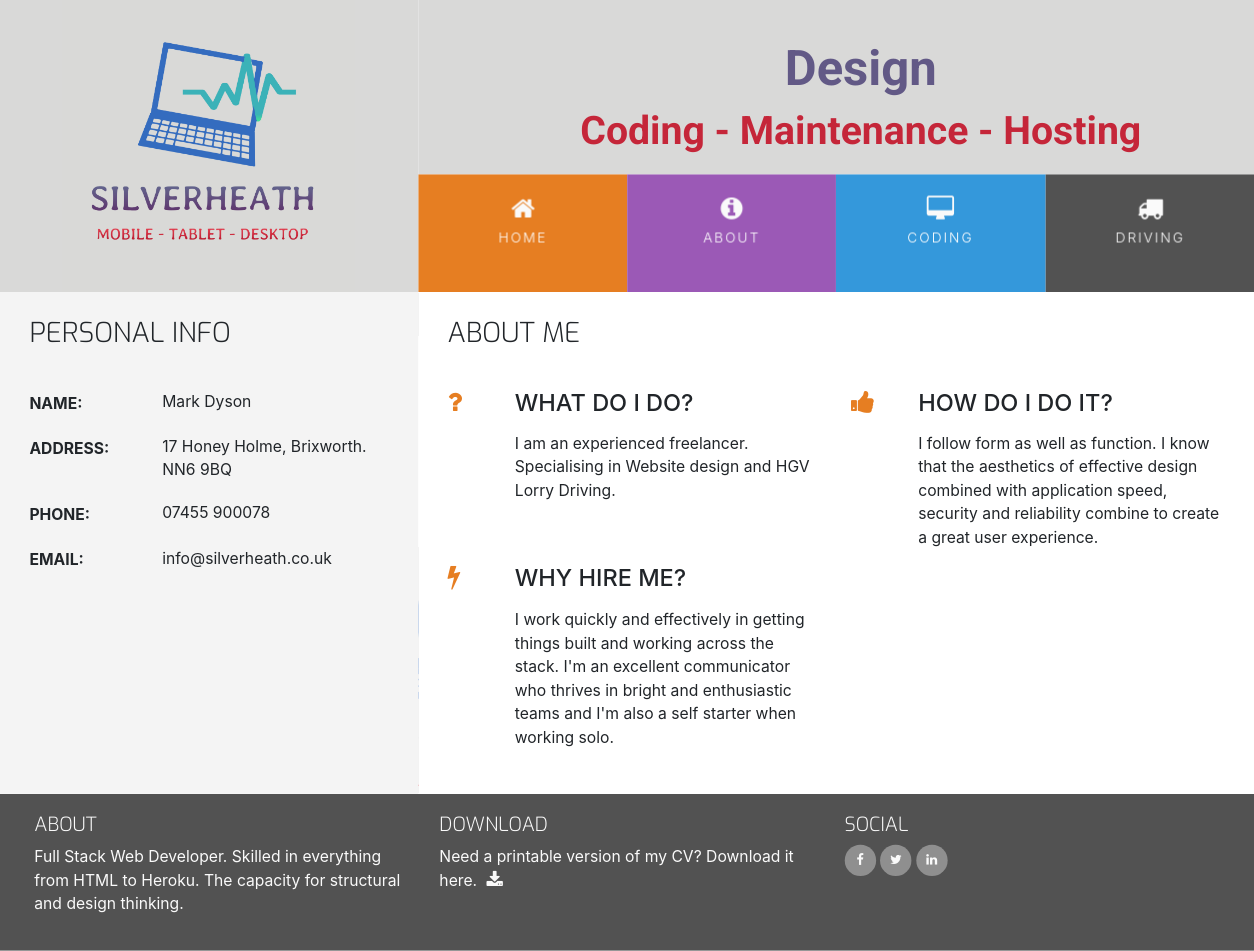
Repository: Code-Institute-Submissions/silverheath
Page: index.html
The author's editor kept a record of every edit. The page is drawn from the files as they stood at one moment, then again after the next edit.
The browser window is 1280 px wide. The pictures show the whole page, at 98% of full size.
Some web libraries are served in a nearby version.

Above is the page before.

### index.html
<!DOCTYPE html>
<html lang="en">

<head>
    <meta charset="UTF-8">
    <meta name="viewport" content="width=device-width, initial-scale=1.0">
    <meta http-equiv="X-UA-Compatible" content="ie=edge">
    <link rel="stylesheet" href="https://maxcdn.bootstrapcdn.com/bootstrap/4.2.1/css/bootstrap.min.css" type="text/css" />
    <link rel="stylesheet" href="https://maxcdn.bootstrapcdn.com/font-awesome/4.7.0/css/font-awesome.min.css" type="text/css" />
    <link rel="stylesheet" href="https://cdnjs.cloudflare.com/ajax/libs/hover.css/2.1.1/css/hover-min.css" type="text/css" />
    <link rel="stylesheet" href="assets/css/style.css">
    <title>SilverHeath</title>
</head>

<body>
    <header>
        <div class="row no-gutters">
            <a class="col-md-4 logo" href="02-index.html"></a>
            <div class="col-md-8">
                <div class="row no-gutters bg-color-name-title">
                    <div class="col heading">
                        <h1 class="name" <h1 class="name">Design</h1>
                        <h2 class="title">Coding - Maintenance - Hosting</h2>
                    </div>
                </div>
                <div class="row no-gutters">
                    <div class="col">
                        <ul id="nav" class="list-inline menucontainer">
                            <li class="col-6 col-sm-3 list-inline-item ui-menu-color-home menuitem">
                                <a href="index.html" class="hvr-sweep-to-bottom"><i class="fa fa-home" aria-hidden="true"></i><span>Home</span></a>
                            </li>
                            <li class="col-6 col-sm-3 list-inline-item ui-menu-color-about menuitem">
                                <a href="about.html" class="hvr-sweep-to-bottom"><i class="fa fa-info-circle" aria-hidden="true"></i><span>About</span></a>
                            </li>
                            <li class="col-6 col-sm-3 list-inline-item ui-menu-color-contact menuitem">
                                <a href="coding_index.html" class="hvr-sweep-to-bottom"><i class="fa fa-desktop" aria-hidden="true"></i><span>Coding</span></a>
                            </li>
                            <li class="col-6 col-sm-3 list-inline-item ui-menu-color-download menuitem">
                                <a href="assets/cv/cv.pdf" target="_blank" class="hvr-sweep-to-bottom"><i class="fa fa-truck" aria-hidden="true"></i><span>Driving</span></a>
                            </li>
                        </ul>
                    </div>
                </div>
            </div>
        </div>
    </header>
    <section class="container-fluid">
        <div class="row">
            <div class="col-md-4 bg-color-personal-info section-column">
                <div class="row">
                    <div class="col-12">
                        <h3 class="section-heading uppercase">
                            Personal Info
                        </h3>
                    </div>
                </div>
                <div class="personal-info-item">
                    <div class="key">
                        <p class="uppercase">
                            Name:
                        </p>
                    </div>
                    <div class="value">
                        <p>
                            Mark Dyson
                        </p>
                    </div>
                </div>
                <div class="personal-info-item">
                    <div class="key">
                        <p class="uppercase">
                            Address:
                        </p>
                    </div>
                    <div class="value">
                        <p>
                            17 Honey Holme, Brixworth. NN6 9BQ
                        </p>
                    </div>
                </div>
                <div class="personal-info-item">
                    <div class="key">
                        <p class="uppercase">
                            Phone:
                        </p>
                    </div>
                    <div class="value">
                        <p>
                            07455 900078
                        </p>
                    </div>
                </div>
                <div class="personal-info-item">
                    <div class="key">
                        <p class="uppercase">
                            Email:
                        </p>
                    </div>
                    <div class="value">
                        <p>
                            info@silverheath.co.uk
                        </p>
                    </div>
                </div>
            </div>
            <div class="col-md-8 bg-color-three-reasons section-column">
                <div class="row">
                    <div class="col">
                        <h3 class="section-heading uppercase">About Me</h3>
                    </div>
                </div>
                <div class="row">
                    <div class="col-10 offset-1 offset-sm-0 col-sm-4 col-md-6">
                        <div class="row">
                            <div class="col-2">
                                <i class="three-reasons-icon fa fa-question" aria-hidden="true"></i>
                            </div>
                            <div class="col-10">
                                <h4 class="three-reasons-heading uppercase">What do I do?</h4>
                                <p>
                                    I am an experienced freelancer. Specialising in Website design and HGV Lorry Driving.
                                </p>
                            </div>
                        </div>
                    </div>
                    <div class="col-10 offset-1 offset-sm-0 col-sm-4 col-md-6">
                        <div class="row">
                            <div class="col-2">
                                <i class="three-reasons-icon fa fa-thumbs-up" aria-hidden="true"></i>
                            </div>
                            <div class="col-10">
                                <h4 class="three-reasons-heading uppercase">How do I do it?</h4>
                                <p>
                                    I follow form as well as function. I know that the aesthetics of effective design combined with application speed, security and reliability combine to create a great user experience.
                                </p>
                            </div>
                        </div>
                    </div>
                    <div class="col-10 offset-1 offset-sm-0 col-sm-4 col-md-6">
                        <div class="row">
                            <div class="col-2">
                                <i class="three-reasons-icon fa fa-bolt" aria-hidden="true"></i>
                            </div>
                            <div class="col-10">
                                <h4 class="three-reasons-heading uppercase">Why hire me?</h4>
                                <p>
                                    I work quickly and effectively in getting things built and working across the stack. I'm an excellent communicator who thrives in bright and enthusiastic teams and I'm also a self starter when working solo.
                                </p>
                            </div>
                        </div>
                    </div>
                </div>
            </div>
        </div>

    </section>
    <footer class="container-fluid">
        <div id="footer-details" class="row">
            <div class="col-sm-4">
                <h5 class="uppercase general-sub">About</h5>
                <p class="inline-block">
                    Full Stack Web Developer. Skilled in everything from HTML to Heroku. The capacity for structural and design thinking.
                </p>
            </div>
            <div class="col-sm-4">
                <h5 class="uppercase general-sub">Download</h5>
                <p class="inline-block">
                    Need a printable version of my CV? Download it here.
                    <a href="assets/cv/cv.pdf" target="_blank" class="cv-pdf">
                                    <i class="fa fa-download" aria-hidden="true"></i>
                                    <span class="sr-only">Download link.</span>
                                </a>
                </p>
            </div>
            <div class="col-sm-4">
                <h5 class="uppercase general-sub">Social</h5>
                <ul class="list-inline social-links">
                    <li class="list-inline-item">
                        <a target="_blank" href="https://www.facebook.com/T123MRD">
                                        <i class="fa fa-facebook" aria-hidden="true"></i>
                                        <span class="sr-only">Facebook</span>
                                    </a>
                    </li>
                    <li class="list-inline-item">
                        <a target="_blank" href="https://twitter.com/md1858">
                                        <i class="fa fa-twitter" aria-hidden="true"></i>
                                        <span class="sr-only">Twitter</span>
                                    </a>
                    </li>
                    <li class="list-inline-item">
                        <a target="_blank" href="https://www.linkedin.com/in/mark-dyson-ba7397a1/">
                                        <i class="fa fa-linkedin" aria-hidden="true"></i>
                                        <span class="sr-only">LinkedIn</span>
                                    </a>
                    </li>



                </ul>
            </div>
        </div>
    </footer>
</body>

</html>

### assets/css/style.css
@import url('https://fonts.googleapis.com/css?family=Roboto:100,200,300,400,500,600,700|Exo:100,200,300,400,500,600,700');

/*--------------------------------------------Colors*/

.bg-color-name-title {
    background-color: #D9D9D8;
}

.bg-color-three-reasons {
    background-color: #fff;
}

.bg-color-personal-info {
    background-color: #f4f4f4;
}

.bg-color-work-history {
    background-color: #9b59b6;
}

.bg-color-contact {
    background-color: #fff;
}

.ui-menu-color-home {
    background-color: #e67e22;
}

.ui-menu-color-resume {
    background-color: #9b59b6;
}

.ui-menu-color-about {
    background-color: #9b59b6;
}

.ui-menu-color-contact {
    background-color: #3498db;
}

.ui-menu-color-download {
    background-color: #525252;
}

.row-table {
    display: table;
}

.section-column {
    display: table-cell;
    padding: 0 30px 30px;
    float: none;
}

.section-heading {
    font-family: "Exo", sans-serif;
    font-weight: 300;
    margin-top: 25px;
    margin-bottom: 40px;
}

/* ----------------------------------------Special paddings/margins/text */

h1,
h2,
h3,
h4 {
    margin: 0;
}

.uppercase {
    text-transform: uppercase;
}

.general-sub {
    font-family: "Exo", sans-serif;
    font-weight: 300;
    color: #fafafa;
}

.inline-block {
    display: inline-block;
}

.row-table {
    display: table;
}

.section-column {
    display: table-cell;
    padding: 0 30px 30px;
    float: none;
}

.history-heading,
.section-heading {
    font-family: "Exo", sans-serif;
    font-weight: 300;
    margin-top: 25px;
    margin-bottom: 40px;
}


/*--------------------------------------------Heading*/

header {
    margin: 0;
}

.heading {
    margin-top: 30px;
    margin-left: 50px;
}

.logo {
    background: url("../images/logo.jpg");
    background-position: center;
    background-repeat: no-repeat;
    background-size: contain;
    background-color: #D9D9D8;
    min-height: 200px;
    transition: all .5s ease-in-out;
    -moz-transition: all .5s ease-in-out;
    -webkit-transition: all .5s ease-in-out;
}

.name {
    font-family: "Roboto", sans-serif;
    font-weight: 800;
    font-size: 50px;
    margin-top: 10px;
    margin-bottom: 10px;
    color: #625986;
    text-align: center;
}

.title {
    font-family: "Roboto", sans-serif;
    font-weight: 800;
    font-size: 40px;
    margin-top: 5px;
    margin-bottom: 20px;
    color: #C52639;
    text-align: center;
}

.list-inline-item:not(:last-child) {
    margin: 0;
}

.menucontainer {
    font-size: 0;
}

#nav li {
    font-size: 14px;
    padding: 0;
}

#nav {
    margin: 0;
}

.menuitem {
    height: 120px;
    text-align: center;
    padding: 0;
}

.menuitem a {
    width: 100%;
    text-decoration: none;
    color: #fff;
    height: 120px;
}

.menuitem a i {
    padding-top: 22px;
    display: block;
    color: #fafafa;
    font-size: 26px;
}

.menuitem span {
    display: block;
    width: 100%;
    padding-top: 5px;
    text-align: center;
    text-transform: uppercase;
    font-size: 14px;
    font-weight: 300;
    letter-spacing: 2px;
}

/*--------------------------------------------Hover.css*/

.hvr-sweep-to-bottom:before {
    background: rgba(0, 0, 0, 0.2);
    height: 120px;
}

/* ----------------------------------------Footer */

footer {
    background-color: #525252;
    color: #fafafa;
    min-height: 120px;
    margin: 0;
}

.cv-pdf i {
    font-size: 18px;
    color: #fafafa;
    text-align: center;
    padding-left: 5px;
    transition: all 0.35s ease-in-out;
    -moz-transition: all 0.35s ease-in-out;
    -webkit-transition: all 0.35s ease-in-out;
    -o-transition: all 0.35s ease-in-out;
}

.cv-pdf i:hover {
    color: #e84610;
}

.social-links {
    padding-bottom: 15px;
}

.social-links li a i {
    width: 32px;
    height: 32px;
    padding: 12px 0;
    border-radius: 50%;
    font-size: 13px;
    line-height: 7px;
    text-align: center;
    color: #fafafa;
    background: #8f8f8f;
    transition: all 0.35s ease-in-out;
    -moz-transition: all 0.35s ease-in-out;
    -webkit-transition: all 0.35s ease-in-out;
    -o-transition: all 0.35s ease-in-out;
}

.social-links li a i:hover {
    background: #e84610;
}

#footer-details {
    padding: 20px;
}

/* ----------------------------------------Three Reasons */

.three-reasons-icon {
    font-size: 26px;
    color: #e67e22;
}

.three-reasons-heading {
    margin-bottom: 15px;
}

/* ----------------------------------------Personal Info */

.personal-info-item {
    margin-bottom: 20px;
    display: block;
    clear: both;
}

.personal-info-item .key,
.personal-info-item .value {
    padding-right: 8px;
    display: inline-block;
}

.personal-info-item .key p,
.personal-info-item .value p {
    margin: 0;
}

.personal-info-item .key {
    width: 30%;
    margin-right: 21px;
    padding-top: 2px;
    vertical-align: top;
}

.personal-info-item .key p {
    font-weight: 700;
}

.personal-info-item .value {
    position: relative;
    width: 60%;
}

/* ----------------------------------------Skills */

.progress {
    position: relative;
    height: 25px;
    margin-bottom: 4px;
}

.progress-type {
    position: absolute;
    left: 0px;
    font-weight: 400;
    padding: 3px 30px 2px 10px;
    color: #fafafa;
    background-color: rgba(25, 25, 25, 0.2);
}

.progress-section {
    margin: 40px 20px;
}

/* ----------------------------------------Work History */

.history-heading {
    color: #fafafa;
    margin-bottom: 50px;
}

.timeline-item {
    padding: 4em 2em 0em 2em;
    position: relative;
    color: #fafafa;
    border-left: 1px solid;
}

.timeline-item p {
    padding: 0;
    margin: 0;
}

.timeline-item:before {
    content: attr(data-dates);
    position: absolute;
    left: 2.5em;
    top: 3em;
    display: block;
    font-family: "Exo", sans-serif;
    font-weight: 500;
    font-size: 0.8em;
    padding: 0;
    margin: 0;
}

.timeline-item:after {
    width: 12px;
    height: 12px;
    display: block;
    top: 2.4em;
    position: absolute;
    left: -6px;
    border-radius: 12px;
    content: '';
    background: #fafafa;
}

.history-items {
    margin-bottom: 30px;
}

/* ----------------------------------------Contact Form */

.contact-heading {
    font-family: "Exo", sans-serif;
    font-weight: 300;
    margin-top: 25px;
    margin-bottom: 20px;
}

.center-form {
    padding-top: 10px;
    margin: 0 auto;
    max-width: 70%;
}

button[type="submit"] {
    margin-top: 15px;
    margin-bottom: 20px;
    color: #fafafa;
    background-color: #e84610;
}

/* ----------------------------------------Media Queries */

@media(min-width: 992px) {
    .center-form {
        padding-top: 30px;
        min-height: 240px;
        margin: 0 auto;
        max-width: 50%;
    }
}

After the next edit:
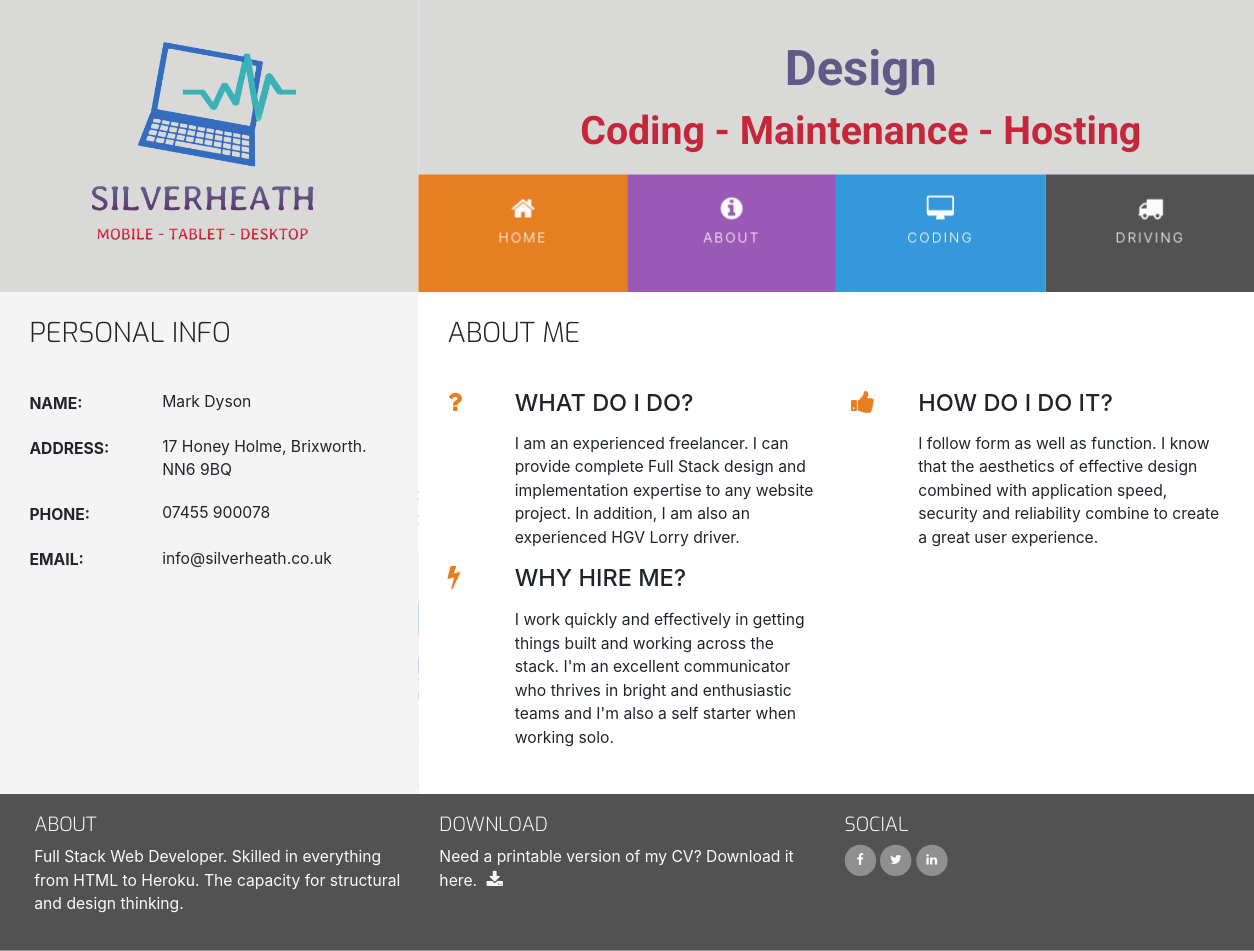
The edit:
--- a/index.html
+++ b/index.html
@@ -118,7 +118,7 @@
                             <div class="col-10">
                                 <h4 class="three-reasons-heading uppercase">What do I do?</h4>
                                 <p>
-                                    I am an experienced freelancer. Specialising in Website design and HGV Lorry Driving.
+                                    I am an experienced freelancer. I can provide complete Full Stack design and implementation expertise to any website project.  In addition, I am also an experienced HGV Lorry driver.
                                 </p>
                             </div>
                         </div>
